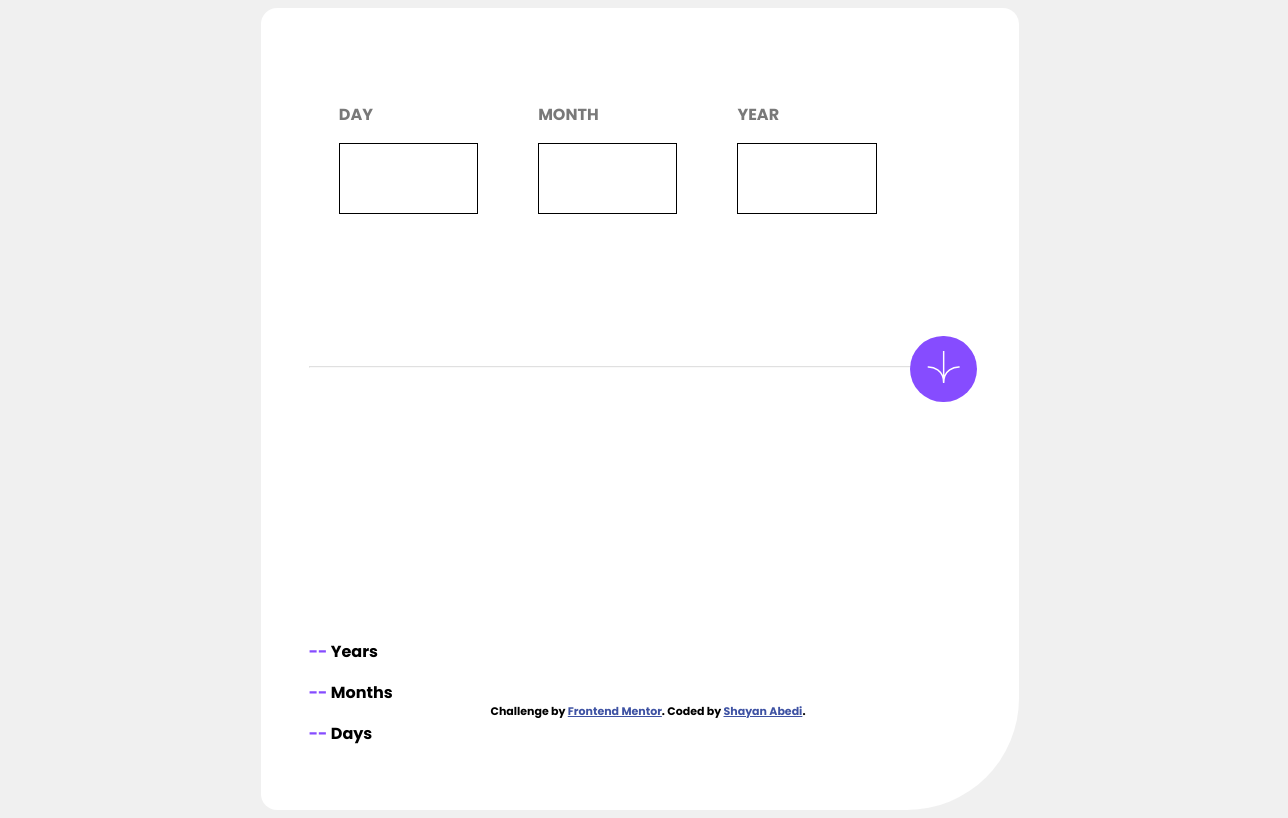
Repository: shayanabedi98/age-calculator
Page: index.html
These files come from the project's save history. The page is drawn as it stood at one moment and after the next save; the edit follows.
The browser window is 1280 px wide. The page is 1288 px wide, so the pictures cover 1288 px, including what lies to the right of the window. The pictures show the whole page.

Above is the page before, as saved 2023-09-19 20:57:12.

After the next save:
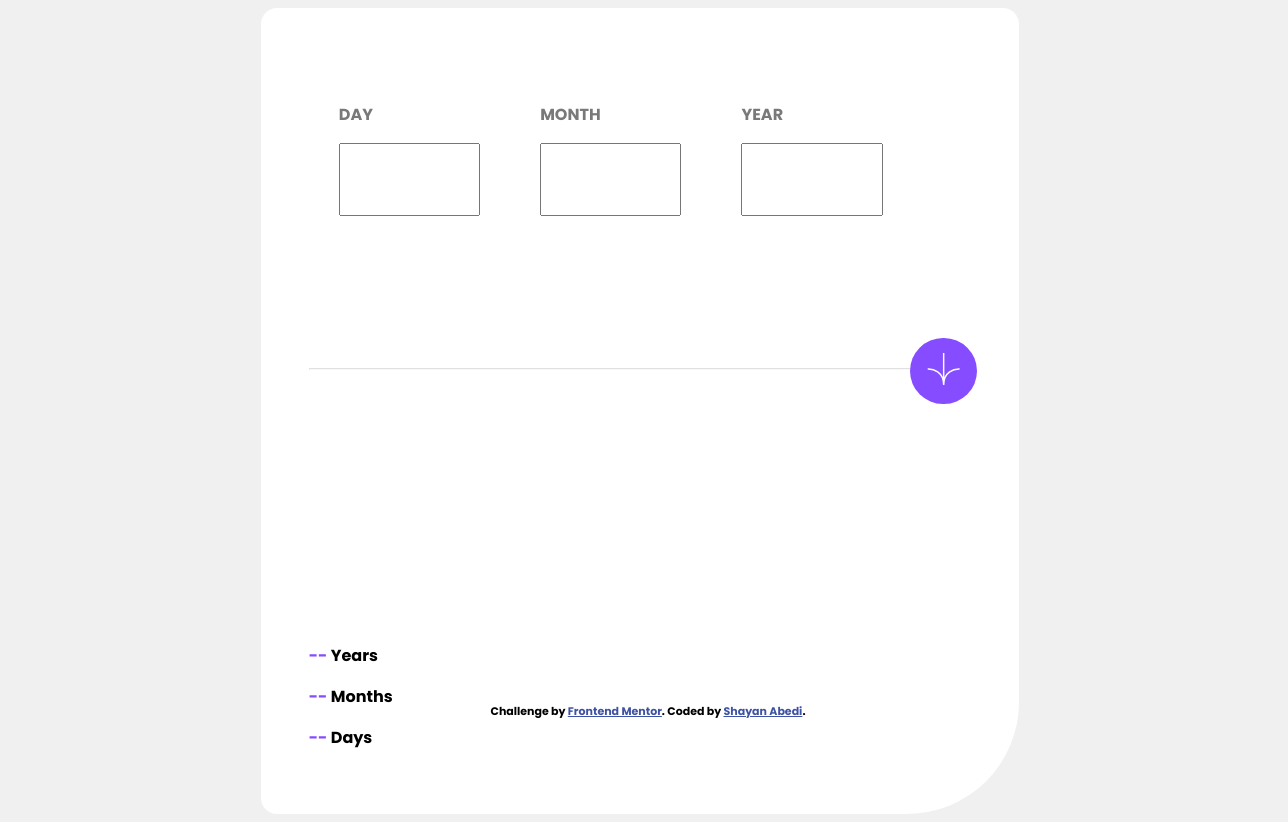
Saved 8 s later.
--- a/styles.css
+++ b/styles.css
@@ -32,7 +32,7 @@ body {
 .dob input {
     height: 5em;
     width: 10em;
-    border: 1px solid;
+    outline: none;
 }
 
 .day, .month, .year {
